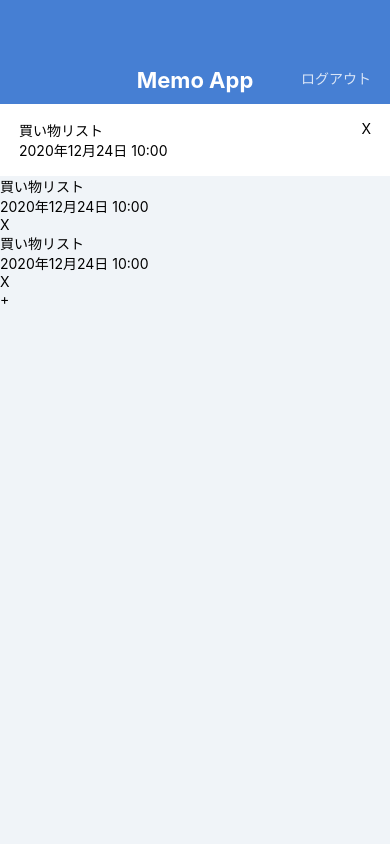
Repository: hirano-step/MemoApp
Screen: /
An editor plug-in stored every save of this project. The screen is shown before and after the next save, followed by the edit.
The app was drawn by React Native's web renderer in a window 390 px wide. The project was rebuilt for these pictures with package versions that can differ from the ones it lists, and the page was loaded fresh each time.

Above is the screen before, as saved 2023-01-12 11:19:50.

After the next save:
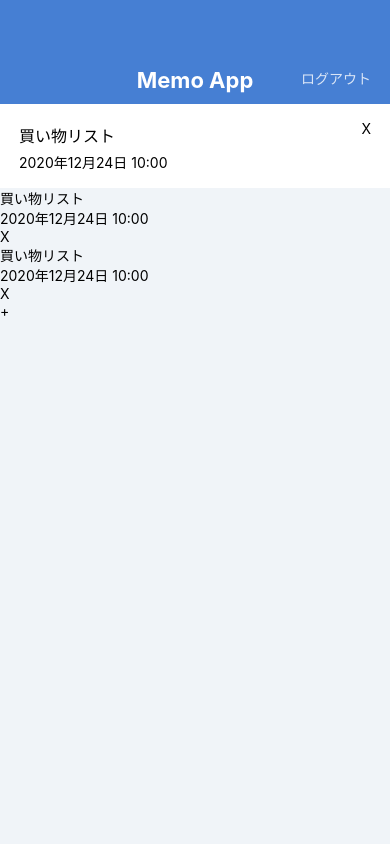
Saved 47 s later.
--- a/App.jsx
+++ b/App.jsx
@@ -13,7 +13,7 @@ export default function App() {
       <View>
         <View style={styles.memoListItem}>
           <View>
-            <Text>買い物リスト</Text>
+            <Text style={styles.memoListTitle}>買い物リスト</Text>
             <Text>2020年12月24日 10:00</Text>
           </View>
           <View>
@@ -84,4 +84,8 @@ const styles = StyleSheet.create({
     paddingVertical: 16,
     paddingHorizontal: 19,
   },
+  memoListTitle: {
+    fontSize: 16,
+    lineHeight: 32,
+  }
 });
